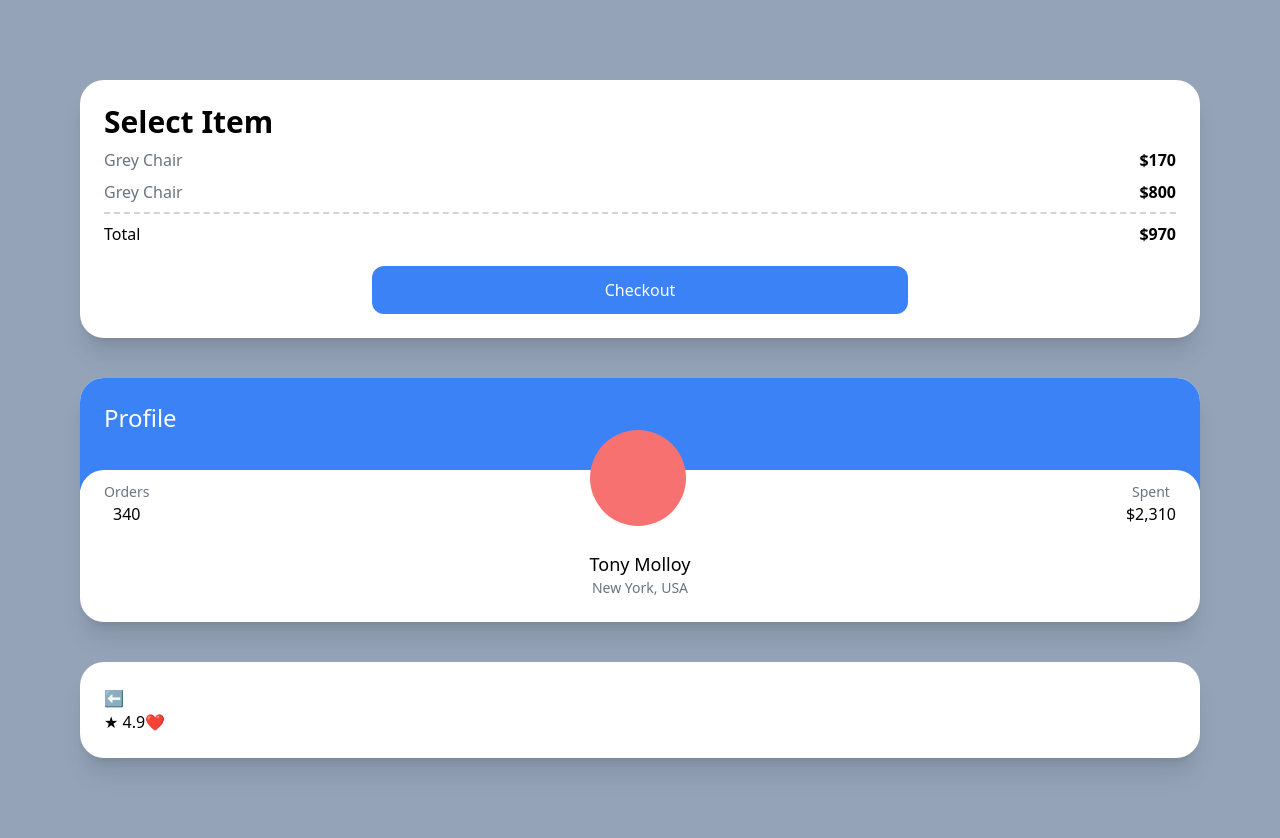
Repository: pjk0007/nextjs-carrot-marcket
Page: /
An editor plug-in stored every save of this project. The page is shown before and after the next save, followed by the edit.
The browser window is 1280 px wide. The pictures show the whole page.
The project was rebuilt for these pictures with package versions that can differ from the ones it lists, and the page was loaded fresh each time. The framework's server and built-in components were replaced by stand-ins that run in the browser. Also part of the build but not shown: next.config.js.

Above is the page before, as saved 2022-04-30 13:21:34.

### pages/index.tsx
import type { NextPage } from 'next'
const Home: NextPage = () => {
  return (
    <div className='bg-slate-400 py-20 px-20 grid gap-10'>
      <div className='bg-white p-6 rounded-3xl shadow-xl'>
        <span className='font-semibold text-3xl'>Select Item</span>
        <div className='flex justify-between my-2'>
          <span className='text-gray-500'>Grey Chair</span>
          <span className='font-semibold'>$170</span>
        </div>
        <div className='flex justify-between'>
          <span className='text-gray-500'>Grey Chair</span>
          <span className='font-semibold'>$800</span>
        </div>
        <div className='flex justify-between mt-2 pt-2 border-t-2 border-dashed border-gray-300'>
          <span>Total</span>
          <span className='font-semibold'>$970</span>
        </div>
        <div className='mt-5 bg-blue-500 text-white p-3 text-center rounded-xl w-1/2 mx-auto'>Checkout</div>
      </div>

      <div className='bg-white overflow-hidden rounded-3xl shadow-xl'>
        <div className='bg-blue-500 p-6 pb-14'>
          <span className='text-white text-2xl'>Profile</span>
        </div>
        <div className='rounded-3xl p-6 relative -top-5 bg-white'>
          <div className='flex relative -top-16 items-end justify-between'>
            <div className='flex flex-col items-center'>
              <span className='text-sm text-gray-500'>Orders</span>
              <span className='font-medium'>340</span>
            </div>
            <div className='h-24 w-24 bg-red-400 rounded-full'/>
            <div className='flex flex-col items-center'>
              <span className='text-sm text-gray-500'>Spent</span>
              <span className='font-medium'>$2,310</span>
            </div>
          </div>
          <div className='flex flex-col items-center -mt-10 -mb-5'>
            <span className='text-lg font-medium'>Tony Molloy</span>
            <span className='text-sm text-gray-500'>New York, USA</span>
          </div>
        </div>
      </div>

      <div className='bg-white p-6 rounded-3xl shadow-xl'>
        <div>
          <span>⬅</span>
          <div>
            <span>★ 4.9</span>
            <span>❤️</span>
          </div>
        </div>
      </div>
    </div>
  );
}

export default Home

### tailwind.config.js
module.exports = {
  content: [
    "./pages/**/*.{js,jsx,ts,tsx}",
    "./components/**/*.{js,jsx,ts,tsx}"
  ],
  theme: {
    extend: {},
  },
  plugins: [],
}

Loaded but not shown: pages/_app.tsx (common file); styles/globals.css (common file)

After the next save:
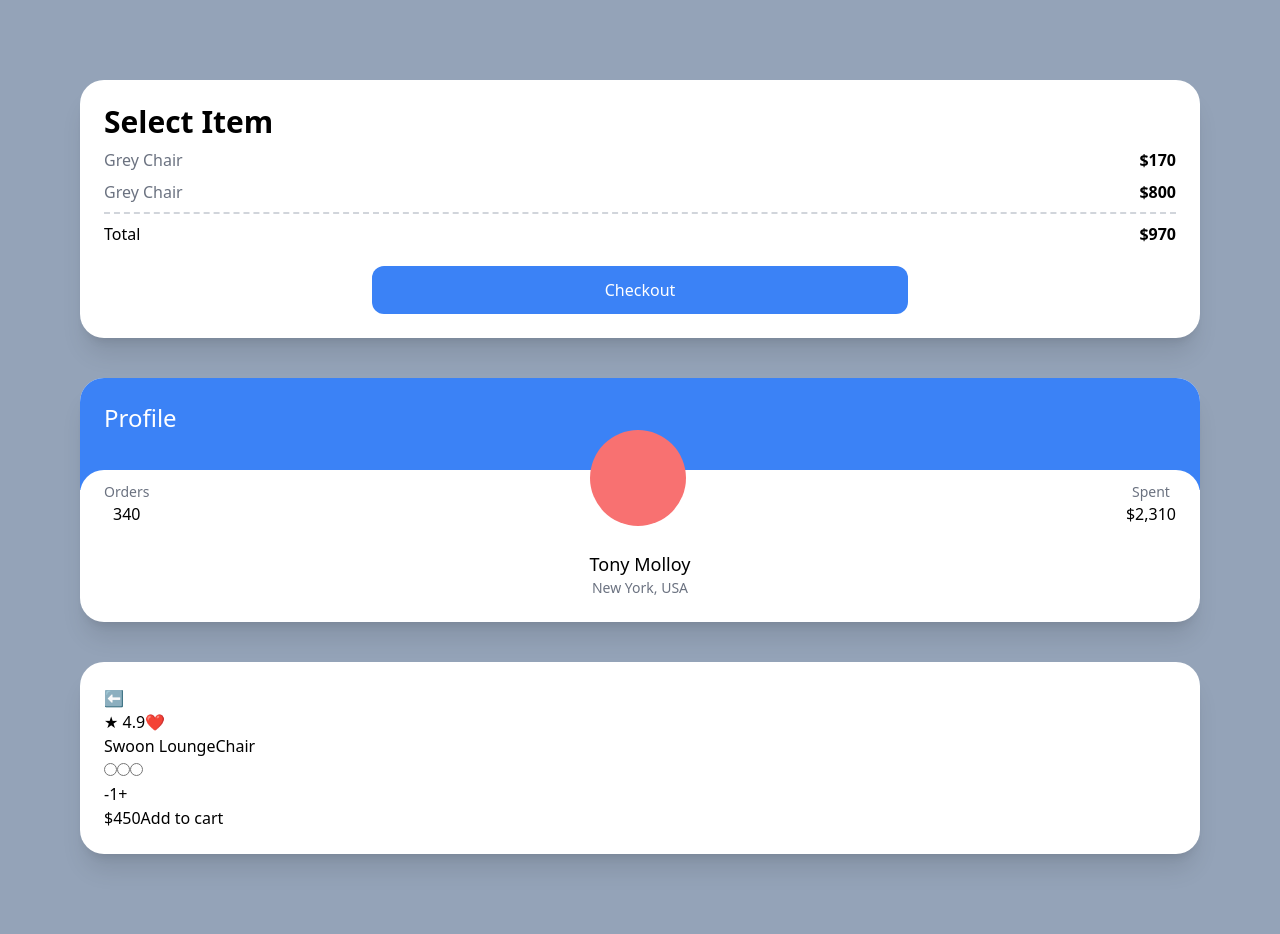
Saved 2 min 15 s later.
--- a/pages/index.tsx
+++ b/pages/index.tsx
@@ -50,6 +50,27 @@ const Home: NextPage = () => {
             <span>❤️</span>
           </div>
         </div>
+        <div/>
+        <div>
+          <span>Swoon Lounge</span>
+          <span>Chair</span>
+          <div>
+            <div>
+              <input type="radio" />
+              <input type="radio" />
+              <input type="radio" />
+            </div>
+            <div>
+              <button>-</button>
+              <span>1</span>
+              <button>+</button>
+            </div>
+          </div>
+          <div>
+            <span>$450</span>
+            <button>Add to cart</button>
+          </div>
+        </div>
       </div>
     </div>
   );
